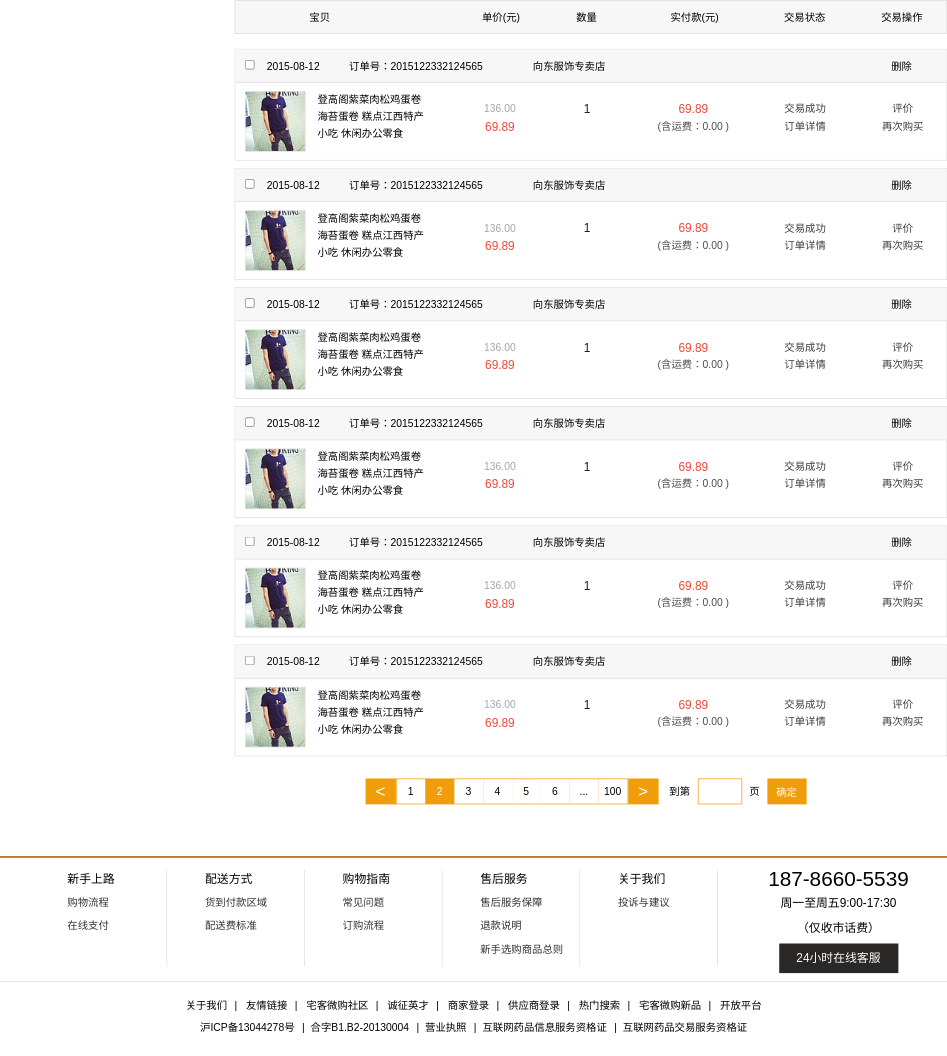
Repository: hucongting/MobliePhoneMall
Page: http://localhost/HelloMall/home/buyrecord.jsp
The author's editor kept a copy of each file at every save. The page is drawn from the files as they stood at one save, then again after a run of saves.
The browser window is 1280 px wide. The pictures show the whole page, at 74% of full size.
The page is served by Tomcat 9. Nobody is signed in. The application's start-up code is not run. Other server files are loaded and not shown.

Above is the page before, as saved 2018-09-01 07:01:30.

### HelloMall/src/main/webapp/home/buyrecord.jsp
<%@ page language="java" contentType="text/html; charset=UTF-8"
    pageEncoding="UTF-8"%>
<!DOCTYPE html>
<html>
<head>
<meta http-equiv="Content-Type" content="text/html; charset=utf-8" />
<title>购买记录</title>
<link rel="stylesheet" type="text/css" href="css/style.css" />
<link rel="stylesheet" type="text/css" href="css/shopping-mall-index.css" />
<script type="text/javascript" src="js/jquery.js"></script>
<script type="text/javascript" src="js/zhonglin.js"></script>
</head>

<body>



    	<div class="purchase-records f-r">
        	<div class="pr-tit">
            	<P class="pr-p1">宝贝</P>
            	<P class="pr-p2">单价(元)</P>
            	<P class="pr-p3">数量</P>
            	<P class="pr-p4">实付款(元)</P>
            	<P class="pr-p5">交易状态</P>
            	<P class="pr-p6">交易操作</P>
            </div>
            <div class="pr-info">
            	<div class="pr-tit2">
                	<input type="checkbox" value="" name="hobby"></input>
                    <p class="pr-p1">2015-08-12</p>
                    <p class="pr-p2">订单号：2015122332124565</p>
                    <p class="pr-a1"><a href="#">向东服饰专卖店</a></p>
                    <a class="pr-a2" href="#">删除</a>
                </div>
                <div class="pr-con">
                	<div class="pr-con-tu f-l">
                    	<a href="#"><img src="images/dai1.gif" /></a>
                    </div>
                    <a class="pr-con-bt f-l" href="#">登高阁紫菜肉松鸡蛋卷海苔蛋卷 糕点江西特产小吃 休闲办公零食</a>
                    <div class="pr-con-sz1 f-l">
                    	<span>136.00</span>
                        <p>69.89</p>
                    </div>
                    <p class="pr-con-sl f-l">1</p>
                    <div class="pr-con-yf f-l">
                    	<p>69.89</p>
                        <span>(含运费：0.00 )</span>
                    </div>
                    <div class="pr-con-jiaoyi f-l">
                    	<a href="#">交易成功</a>
                    	<a href="#">订单详情</a>
                    </div>
                    <div class="pr-con-pj f-l">
                    	<a href="#">评价</a>
                    	<a href="#">再次购买</a>
                    </div>

                    <div style="clear:both;"></div>
                </div>
            </div>
            <div class="pr-info">
            	<div class="pr-tit2">
                	<input type="checkbox" value="" name="hobby"></input>
                    <p class="pr-p1">2015-08-12</p>
                    <p class="pr-p2">订单号：2015122332124565</p>
                    <p class="pr-a1"><a href="#">向东服饰专卖店</a></p>
                    <a class="pr-a2" href="#">删除</a>
                </div>
                <div class="pr-con">
                	<div class="pr-con-tu f-l">
                    	<a href="#"><img src="images/dai1.gif" /></a>
                    </div>
                    <a class="pr-con-bt f-l" href="#">登高阁紫菜肉松鸡蛋卷海苔蛋卷 糕点江西特产小吃 休闲办公零食</a>
                    <div class="pr-con-sz1 f-l">
                    	<span>136.00</span>
                        <p>69.89</p>
                    </div>
                    <p class="pr-con-sl f-l">1</p>
                    <div class="pr-con-yf f-l">
                    	<p>69.89</p>
                        <span>(含运费：0.00 )</span>
                    </div>
                    <div class="pr-con-jiaoyi f-l">
                    	<a href="#">交易成功</a>
                    	<a href="#">订单详情</a>
                    </div>
                    <div class="pr-con-pj f-l">
                    	<a href="#">评价</a>
                    	<a href="#">再次购买</a>
                    </div>

                    <div style="clear:both;"></div>
                </div>
            </div>
            <div class="pr-info">
            	<div class="pr-tit2">
                	<input type="checkbox" value="" name="hobby"></input>
                    <p class="pr-p1">2015-08-12</p>
                    <p class="pr-p2">订单号：2015122332124565</p>
                    <p class="pr-a1"><a href="#">向东服饰专卖店</a></p>
                    <a class="pr-a2" href="#">删除</a>
                </div>
                <div class="pr-con">
                	<div class="pr-con-tu f-l">
                    	<a href="#"><img src="images/dai1.gif" /></a>
                    </div>
                    <a class="pr-con-bt f-l" href="#">登高阁紫菜肉松鸡蛋卷海苔蛋卷 糕点江西特产小吃 休闲办公零食</a>
                    <div class="pr-con-sz1 f-l">
                    	<span>136.00</span>
                        <p>69.89</p>
                    </div>
                    <p class="pr-con-sl f-l">1</p>
                    <div class="pr-con-yf f-l">
                    	<p>69.89</p>
                        <span>(含运费：0.00 )</span>
                    </div>
                    <div class="pr-con-jiaoyi f-l">
                    	<a href="#">交易成功</a>
                    	<a href="#">订单详情</a>
                    </div>
                    <div class="pr-con-pj f-l">
                    	<a href="#">评价</a>
                    	<a href="#">再次购买</a>
                    </div>

                    <div style="clear:both;"></div>
                </div>
            </div>
            <div class="pr-info">
            	<div class="pr-tit2">
                	<input type="checkbox" value="" name="hobby"></input>
                    <p class="pr-p1">2015-08-12</p>
                    <p class="pr-p2">订单号：2015122332124565</p>
                    <p class="pr-a1"><a href="#">向东服饰专卖店</a></p>
                    <a class="pr-a2" href="#">删除</a>
                </div>
                <div class="pr-con">
                	<div class="pr-con-tu f-l">
                    	<a href="#"><img src="images/dai1.gif" /></a>
                    </div>
                    <a class="pr-con-bt f-l" href="#">登高阁紫菜肉松鸡蛋卷海苔蛋卷 糕点江西特产小吃 休闲办公零食</a>
                    <div class="pr-con-sz1 f-l">
                    	<span>136.00</span>
                        <p>69.89</p>
                    </div>
                    <p class="pr-con-sl f-l">1</p>
                    <div class="pr-con-yf f-l">
                    	<p>69.89</p>
                        <span>(含运费：0.00 )</span>
                    </div>
                    <div class="pr-con-jiaoyi f-l">
                    	<a href="#">交易成功</a>
                    	<a href="#">订单详情</a>
                    </div>
                    <div class="pr-con-pj f-l">
                    	<a href="#">评价</a>
                    	<a href="#">再次购买</a>
                    </div>

                    <div style="clear:both;"></div>
                </div>
            </div>
            <div class="pr-info">
            	<div class="pr-tit2">
                	<input type="checkbox" value="" name="hobby"></input>
                    <p class="pr-p1">2015-08-12</p>
                    <p class="pr-p2">订单号：2015122332124565</p>
                    <p class="pr-a1"><a href="#">向东服饰专卖店</a></p>
                    <a class="pr-a2" href="#">删除</a>
                </div>
                <div class="pr-con">
                	<div class="pr-con-tu f-l">
                    	<a href="#"><img src="images/dai1.gif" /></a>
                    </div>
                    <a class="pr-con-bt f-l" href="#">登高阁紫菜肉松鸡蛋卷海苔蛋卷 糕点江西特产小吃 休闲办公零食</a>
                    <div class="pr-con-sz1 f-l">
                    	<span>136.00</span>
                        <p>69.89</p>
                    </div>
                    <p class="pr-con-sl f-l">1</p>
                    <div class="pr-con-yf f-l">
                    	<p>69.89</p>
                        <span>(含运费：0.00 )</span>
                    </div>
                    <div class="pr-con-jiaoyi f-l">
                    	<a href="#">交易成功</a>
                    	<a href="#">订单详情</a>
                    </div>
                    <div class="pr-con-pj f-l">
                    	<a href="#">评价</a>
                    	<a href="#">再次购买</a>
                    </div>

                    <div style="clear:both;"></div>
                </div>
            </div>
            <div class="pr-info">
            	<div class="pr-tit2">
                	<input type="checkbox" value="" name="hobby"></input>
                    <p class="pr-p1">2015-08-12</p>
                    <p class="pr-p2">订单号：2015122332124565</p>
                    <p class="pr-a1"><a href="#">向东服饰专卖店</a></p>
                    <a class="pr-a2" href="#">删除</a>
                </div>
                <div class="pr-con">
                	<div class="pr-con-tu f-l">
                    	<a href="#"><img src="images/dai1.gif" /></a>
                    </div>
                    <a class="pr-con-bt f-l" href="#">登高阁紫菜肉松鸡蛋卷海苔蛋卷 糕点江西特产小吃 休闲办公零食</a>
                    <div class="pr-con-sz1 f-l">
                    	<span>136.00</span>
                        <p>69.89</p>
                    </div>
                    <p class="pr-con-sl f-l">1</p>
                    <div class="pr-con-yf f-l">
                    	<p>69.89</p>
                        <span>(含运费：0.00 )</span>
                    </div>
                    <div class="pr-con-jiaoyi f-l">
                    	<a href="#">交易成功</a>
                    	<a href="#">订单详情</a>
                    </div>
                    <div class="pr-con-pj f-l">
                    	<a href="#">评价</a>
                    	<a href="#">再次购买</a>
                    </div>

                    <div style="clear:both;"></div>
                </div>
            </div>

            <!--分页-->
            <div class="paging">
            	<div class="pag-left f-l">
                	<a href="#" class="about left-r f-l"><</a>
                    <ul class="left-m f-l">
                    	<li><a href="#">1</a></li>
                        <li class="current"><a href="#">2</a></li>
                        <li><a href="#">3</a></li>
                        <li><a href="#">4</a></li>
                        <li><a href="#">5</a></li>
                        <li><a href="#">6</a></li>
                        <li><a href="#">...</a></li>
                        <li><a href="#">100</a></li>
                        <div style="clear:both;"></div>
                    </ul>
                	<a href="#" class="about left-l f-l">></a>
                    <div style="clear:both;"></div>
                </div>
            	<div class="pag-right f-l">
                	<div class="jump-page f-l">
                        到第<input type="text" />页
                    </div>
                    <button class="f-l">确定</button>
                    <div style="clear:both;"></div>
                </div>
                <div style="clear:both;"></div>
            </div>
        </div>
        <div style="clear:both;"></div>
    </div>

    <!--底部服务-->
    <div class="ft-service">
    	<div class="w1200">
        	<div class="sv-con-l2 f-l">
            	<dl>
                	<dt><a href="#">新手上路</a></dt>
                    <dd>
                    	<a href="#">购物流程</a>
                    	<a href="#">在线支付</a>
                    </dd>
                </dl>
                <dl>
                	<dt><a href="#">配送方式</a></dt>
                    <dd>
                    	<a href="#">货到付款区域</a>
                    	<a href="#">配送费标准</a>
                    </dd>
                </dl>
                <dl>
                	<dt><a href="#">购物指南</a></dt>
                    <dd>
                    	<a href="#">常见问题</a>
                    	<a href="#">订购流程</a>
                    </dd>
                </dl>
                <dl>
                	<dt><a href="#">售后服务</a></dt>
                    <dd>
                    	<a href="#">售后服务保障</a>
                    	<a href="#">退款说明</a>
                    	<a href="#">新手选购商品总则</a>
                    </dd>
                </dl>
                <dl>
                	<dt><a href="#">关于我们</a></dt>
                    <dd>
                    	<a href="#">投诉与建议</a>
                    </dd>
                </dl>
                <div style="clear:both;"></div>
            </div>
        	<div class="sv-con-r2 f-r">
            	<p class="sv-r-tle">187-8660-5539</p>
            	<p>周一至周五9:00-17:30</p>
            	<p>（仅收市话费）</p>
            	<a href="#" class="zxkf">24小时在线客服</a>
            </div>
            <div style="clear:both;"></div>
        </div>
    </div>

    <!--底部 版权-->
    <div class="footer w1200">
    	<p>
        	<a href="#">关于我们</a><span>|</span>
        	<a href="#">友情链接</a><span>|</span>
        	<a href="#">宅客微购社区</a><span>|</span>
        	<a href="#">诚征英才</a><span>|</span>
        	<a href="#">商家登录</a><span>|</span>
        	<a href="#">供应商登录</a><span>|</span>
        	<a href="#">热门搜索</a><span>|</span>
        	<a href="#">宅客微购新品</a><span>|</span>
        	<a href="#">开放平台</a>
        </p>
        <p>
        	沪ICP备13044278号<span>|</span>合字B1.B2-20130004<span>|</span>营业执照<span>|</span>互联网药品信息服务资格证<span>|</span>互联网药品交易服务资格证
        </p>
    </div>
</body>
</html>

### HelloMall/src/main/webapp/home/bottom.jsp
<%@ page language="java" contentType="text/html; charset=UTF-8"
    pageEncoding="UTF-8"%>
<!DOCTYPE html>
<html>
<head>
<meta charset="UTF-8">
</head>
<body>

    <!--底部服务-->
    <div class="ft-service">
    	<div class="w1200">
        	<div class="sv-con-l2 f-l">
            	<dl>
                	<dt><a href="#">新手上路</a></dt>
                    <dd>
                    	<a href="#">购物流程</a>
                    	<a href="#">在线支付</a>
                    </dd>
                </dl>
                <dl>
                	<dt><a href="#">配送方式</a></dt>
                    <dd>
                    	<a href="#">货到付款区域</a>
                    	<a href="#">配送费标准</a>
                    </dd>
                </dl>
                <dl>
                	<dt><a href="#">购物指南</a></dt>
                    <dd>
                    	<a href="#">常见问题</a>
                    	<a href="#">订购流程</a>
                    </dd>
                </dl>
                <dl>
                	<dt><a href="#">售后服务</a></dt>
                    <dd>
                    	<a href="#">售后服务保障</a>
                    	<a href="#">退款说明</a>
                    	<a href="#">新手选购商品总则</a>
                    </dd>
                </dl>
                <dl>
                	<dt><a href="#">关于我们</a></dt>
                    <dd>
                    	<a href="#">投诉与建议</a>
                    </dd>
                </dl>
                <div style="clear:both;"></div>
            </div>
        	<div class="sv-con-r2 f-r">
            	<p class="sv-r-tle">187-8660-5539</p>
            	<p>周一至周五9:00-17:30</p>
            	<p>（仅收市话费）</p>
            	<a href="#" class="zxkf">24小时在线客服</a>
            </div>
            <div style="clear:both;"></div>
        </div>
    </div>

    <!--底部 版权-->
    <div class="footer w1200">
    	<p>
        	<a href="#">关于我们</a><span>|</span>
        	<a href="#">友情链接</a><span>|</span>
        	<a href="#">宅客微购社区</a><span>|</span>
        	<a href="#">诚征英才</a><span>|</span>
        	<a href="#">商家登录</a><span>|</span>
        	<a href="#">供应商登录</a><span>|</span>
        	<a href="#">热门搜索</a><span>|</span>
        	<a href="#">宅客微购新品</a><span>|</span>
        	<a href="#">开放平台</a>
        </p>
        <p>
        	沪ICP备13044278号<span>|</span>合字B1.B2-20130004<span>|</span>营业执照<span>|</span>互联网药品信息服务资格证<span>|</span>互联网药品交易服务资格证
        </p>
    </div>
</body>
</html>

Loaded but not shown: HelloMall/src/main/webapp/home/js/jquery.js (library); HelloMall/src/main/webapp/home/js/zhonglin.js (361 lines, source omitted); HelloMall/src/main/webapp/home/css/shopping-mall-index.css (1188 lines, source omitted); HelloMall/src/main/webapp/home/css/style.css (194 lines, source omitted); HelloMall/src/main/webapp/home/top.jsp (252 lines, source omitted)

After the next 2 saves:
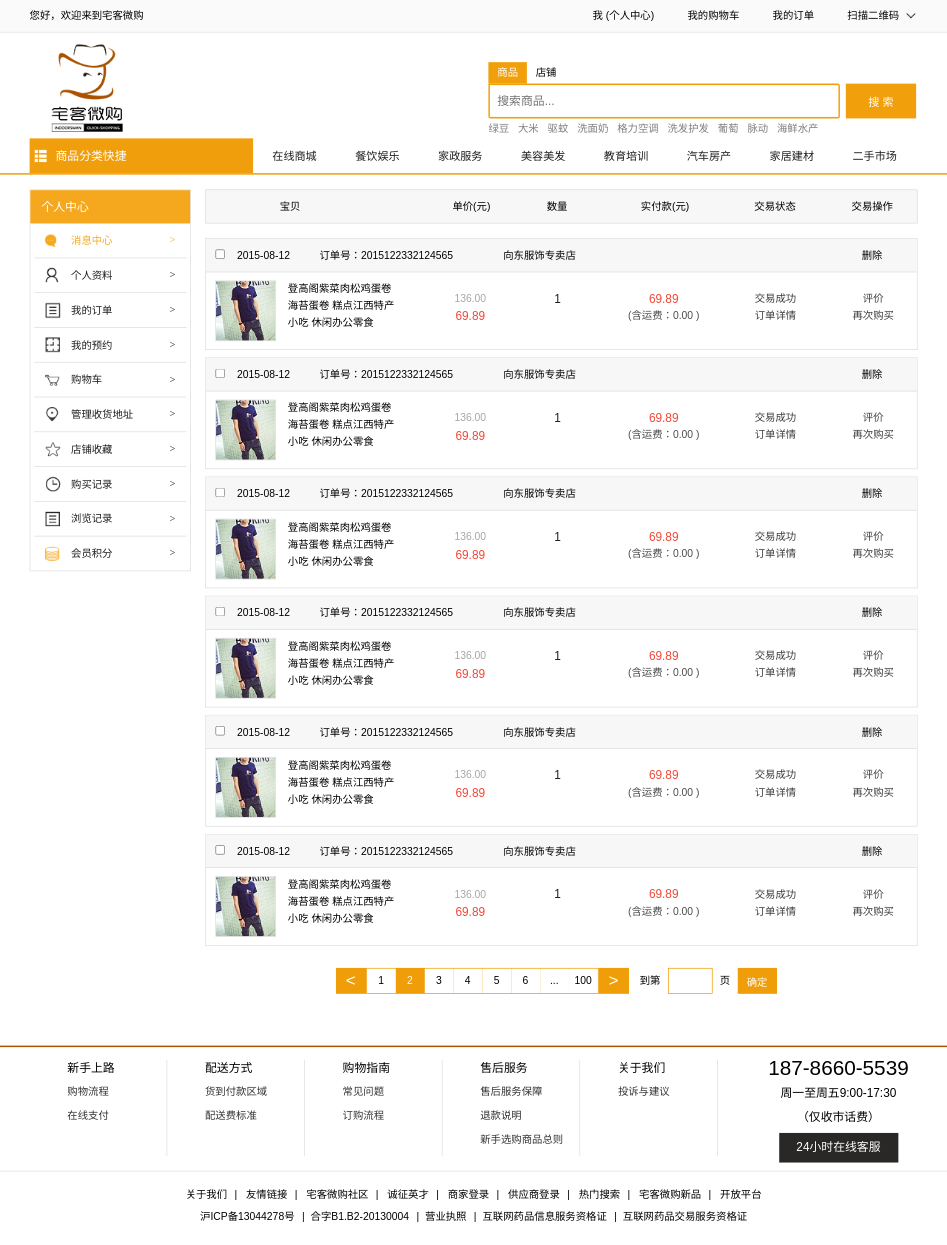
The 2 saves are shown as one change because 1 did not build or start.
The last was saved 38 s later.
--- a/HelloMall/src/main/webapp/home/buyrecord.jsp
+++ b/HelloMall/src/main/webapp/home/buyrecord.jsp
@@ -13,7 +13,7 @@
 
 <body>
 
-
+	<jsp:include page="top.jsp"></jsp:include>
 
     	<div class="purchase-records f-r">
         	<div class="pr-tit">
@@ -261,72 +261,6 @@
     </div>
 
     <!--底部服务-->
-    <div class="ft-service">
-    	<div class="w1200">
-        	<div class="sv-con-l2 f-l">
-            	<dl>
-                	<dt><a href="#">新手上路</a></dt>
-                    <dd>
-                    	<a href="#">购物流程</a>
-                    	<a href="#">在线支付</a>
-                    </dd>
-                </dl>
-                <dl>
-                	<dt><a href="#">配送方式</a></dt>
-                    <dd>
-                    	<a href="#">货到付款区域</a>
-                    	<a href="#">配送费标准</a>
-                    </dd>
-                </dl>
-                <dl>
-                	<dt><a href="#">购物指南</a></dt>
-                    <dd>
-                    	<a href="#">常见问题</a>
-                    	<a href="#">订购流程</a>
-                    </dd>
-                </dl>
-                <dl>
-                	<dt><a href="#">售后服务</a></dt>
-                    <dd>
-                    	<a href="#">售后服务保障</a>
-                    	<a href="#">退款说明</a>
-                    	<a href="#">新手选购商品总则</a>
-                    </dd>
-                </dl>
-                <dl>
-                	<dt><a href="#">关于我们</a></dt>
-                    <dd>
-                    	<a href="#">投诉与建议</a>
-                    </dd>
-                </dl>
-                <div style="clear:both;"></div>
-            </div>
-        	<div class="sv-con-r2 f-r">
-            	<p class="sv-r-tle">187-8660-5539</p>
-            	<p>周一至周五9:00-17:30</p>
-            	<p>（仅收市话费）</p>
-            	<a href="#" class="zxkf">24小时在线客服</a>
-            </div>
-            <div style="clear:both;"></div>
-        </div>
-    </div>
-
-    <!--底部 版权-->
-    <div class="footer w1200">
-    	<p>
-        	<a href="#">关于我们</a><span>|</span>
-        	<a href="#">友情链接</a><span>|</span>
-        	<a href="#">宅客微购社区</a><span>|</span>
-        	<a href="#">诚征英才</a><span>|</span>
-        	<a href="#">商家登录</a><span>|</span>
-        	<a href="#">供应商登录</a><span>|</span>
-        	<a href="#">热门搜索</a><span>|</span>
-        	<a href="#">宅客微购新品</a><span>|</span>
-        	<a href="#">开放平台</a>
-        </p>
-        <p>
-        	沪ICP备13044278号<span>|</span>合字B1.B2-20130004<span>|</span>营业执照<span>|</span>互联网药品信息服务资格证<span>|</span>互联网药品交易服务资格证
-        </p>
-    </div>
+    <jsp:include page="bottom.jsp"></jsp:include>
 </body>
 </html>
